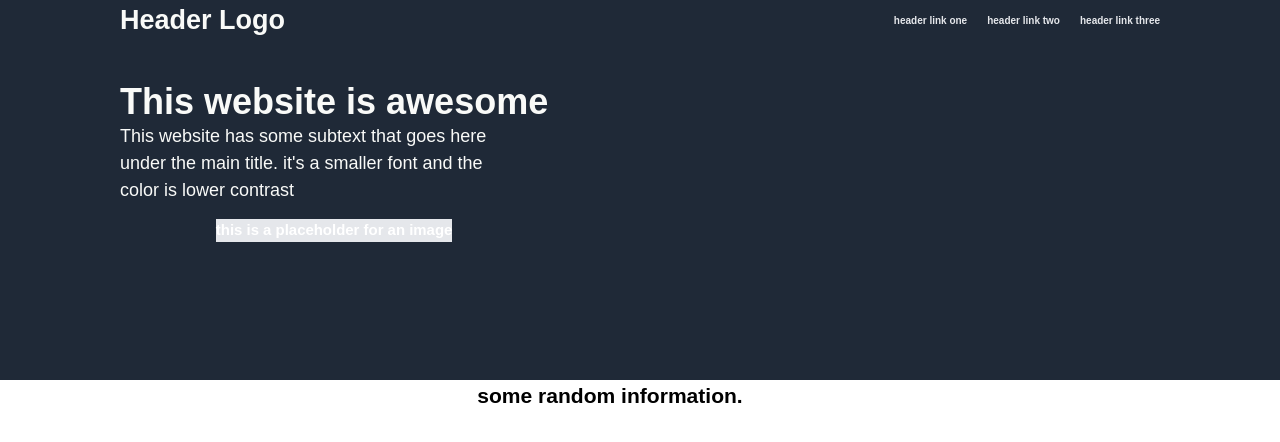
Repository: Grace561/css-exercises
Page: index.html
These files come from the project's save history. The page is drawn as it stood at one moment and after the next save; the edit follows.
The browser window is 1280 px wide. The pictures show the whole page.

Above is the page before, as saved 2025-04-18 02:42:37.

### index.html
<!DOCTYPE html>
<html lang="en">
<head>
    <meta charset="UTF-8">
    <meta name="viewport" content="width=device-width, initial-scale=1.0">
    <link rel="stylesheet" href="style.css">
    <title>Landing-Page</title>
</head>
<body>
   <nav class="navbar">
    <div class="container">
        <div class="Logo"><h2>Header Logo</h2></div>
        <ul class="nav">
           <li>
            <a href="#"><h4>header link one</h4></a>
           </li>
           <li>
            <a href="#"><h4>header link two</h4></a>
           </li>
           <li>
            <a href="#"><h4>header link three</h4></a>
           </li>
        </ul>
    </div>
   </nav>

   <header class="header">
    <div class="container">
        <div>
            <h1>This website is awesome</h1>
            <p>
                This website has some subtext that goes here under the
                main title. it's a smaller font and the color is lower
                contrast
            </p>
        <div class="box"
        </div>
        <div class="boxes">
           <div class="container">
                <div class="box">
            <h5>this is a placeholder for an image</h5>
        </div>
   </header>
   <section class="boxes">
    <div class="container">
        <div class="box">
          <h3>some random information.</h3>
        </div>
    <div class="box">
        <div class="container">
            <div class="box">


    </div>
    </div>
   </section>
</body>
</html>

### style.css
*{
    box-sizing: border-box;
    margin: 0;
    padding: 0;
}

body{
    font-family: 'poppins',sans-serif;
    font-size: 18px;
    line-height: 1.5;
    color: #000;
    background:#ffff;
}
p{
    margin-bottom: 15px;
}

ul{
    list-style: none;
}

.container{
    max-width: 1100px;
    margin: 0 auto;
    padding: 0 30px;
}
.navbar{
    background:#1f2937;
    color:#f9faf8;
    height: 80px;
}
h3.Logo{
    font-size: 24px;
    font-weight:bold;

}

a{
    color:#e5e7eb;
    text-decoration: none;
    font-size: x-small;

}
.container{
    display: flex;
    justify-content: space-between;
    align-items: center;

}

ul{
    display: flex
}
ul li {
    margin-left: 20px;
}
.header{
    background-color:#1f2937;
    color:#f9faf8;
    min-height: 300px;
}

.header h1{
    font: weight 3rem;
    font-weight: 900;
    line-height: 1.2;
}

.header p{
    max-width: 400px;
}
.container{
    display: flex;
    align-items:center;
    justify-content: space-between;
}
.box.container{
    display: flex;
    justify-content: space-between;
}
.box h5{
    flex: 1;
    background:#e5e7eb;
    color:#ffff;


}
.boxes .container{
    display: flex;
    font-weight: 900;
    justify-content: center;

}

After the next save:
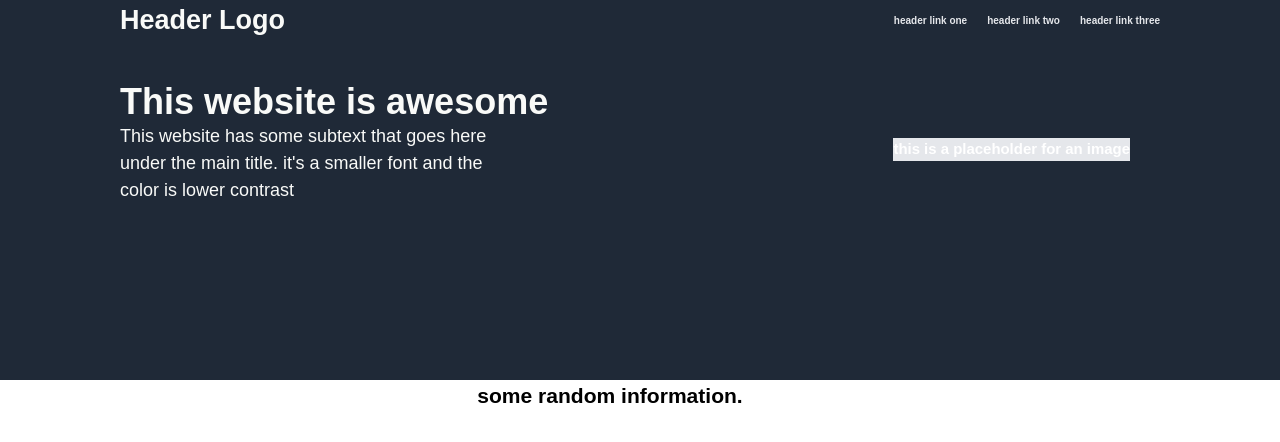
Saved 4 s later.
--- a/index.html
+++ b/index.html
@@ -33,7 +33,7 @@
                 main title. it's a smaller font and the color is lower
                 contrast
             </p>
-        <div class="box"
+        <div class="box"></div>
         </div>
         <div class="boxes">
            <div class="container">

After the save that followed:
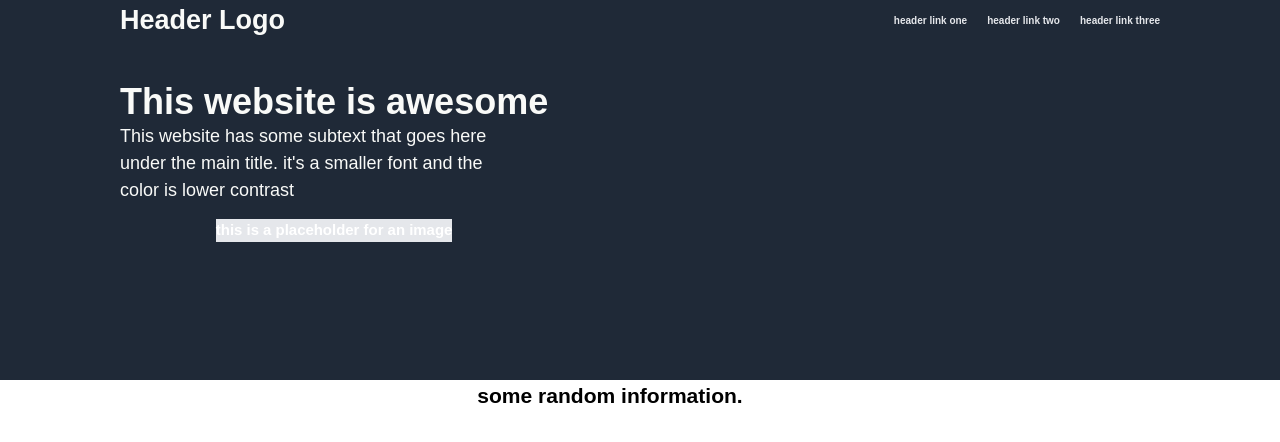
Saved 12 s later.
--- a/index.html
+++ b/index.html
@@ -34,7 +34,6 @@
                 contrast
             </p>
         <div class="box"></div>
-        </div>
         <div class="boxes">
            <div class="container">
                 <div class="box">
